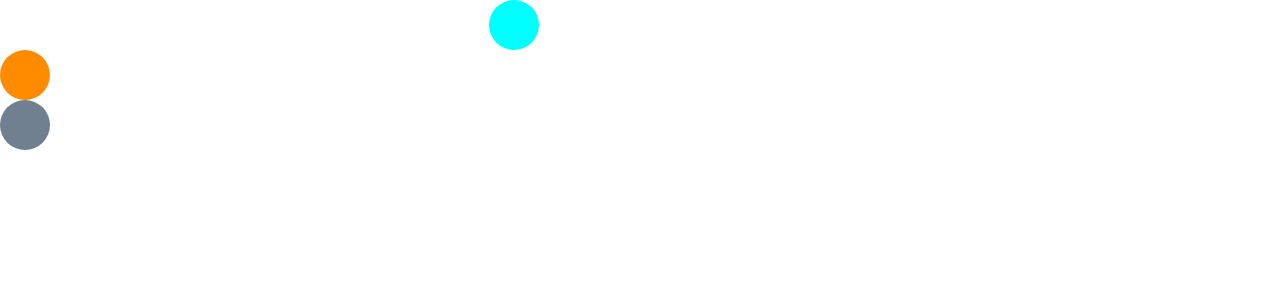
Repository: myjdml/summer-homework
Page: 异步/ball/index.html
These files come from the project's save history. The page is drawn as it stood at one moment and after the next save; the edit follows.
The browser window is 1280 px wide. The pictures show the whole page.

Above is the page before, as saved 2020-07-16 17:07:50.

After the next save:
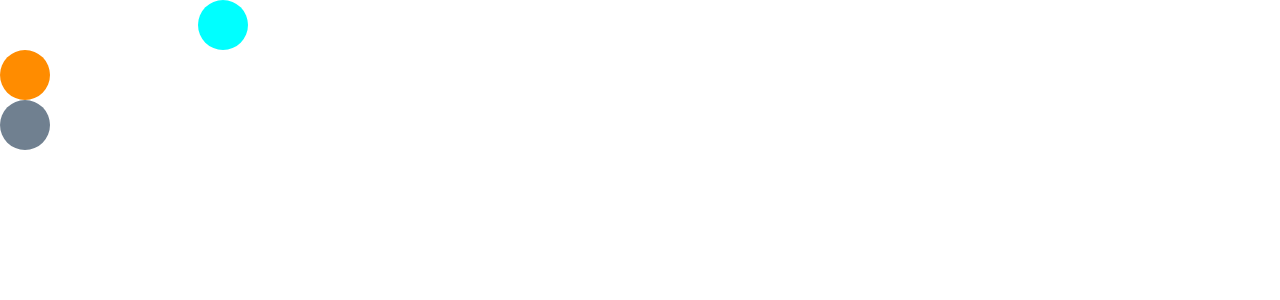
Saved 25 s later.
--- a/异步/ball/index.html
+++ b/异步/ball/index.html
@@ -55,9 +55,9 @@
         }
 
         // animateX(ball1, 100)
-        move(ball1, 500, function () {
-            move(ball2, 1000, function () {
-                move(ball3, 1500, function () {
+        move(ball1, 200, function () {
+            move(ball2, 200, function () {
+                move(ball3, 200, function () {
                 console.log('over')
                 })
             })
